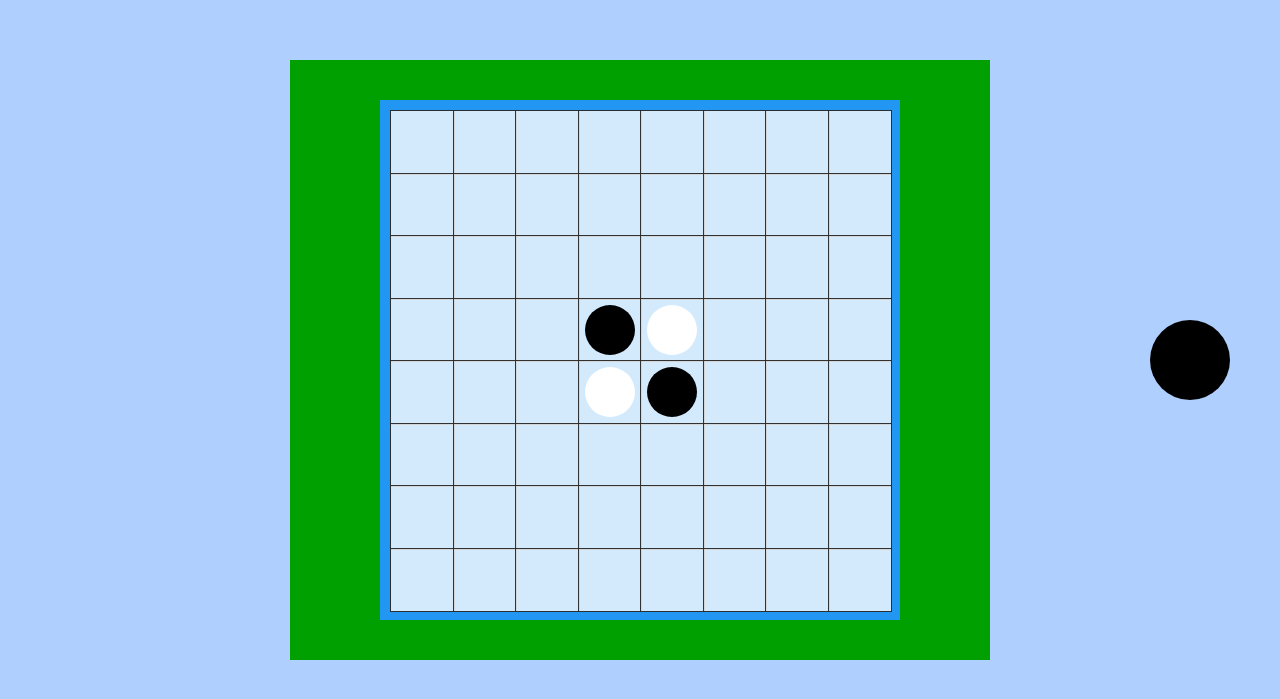
Repository: eliaoucohen72/react-reversi
Page: /
The author's editor kept a copy of each file at every save. The page is drawn from the files as they stood at one save, then again after a run of saves.
The browser window is 1280 px wide. The pictures show the whole page.
The project was rebuilt for these pictures with package versions that can differ from the ones it lists, and the page was loaded fresh each time. Also part of the build but not shown: vite.config.ts.

Above is the page before, as saved 2024-09-05 16:24:37.

After the next 3 saves:
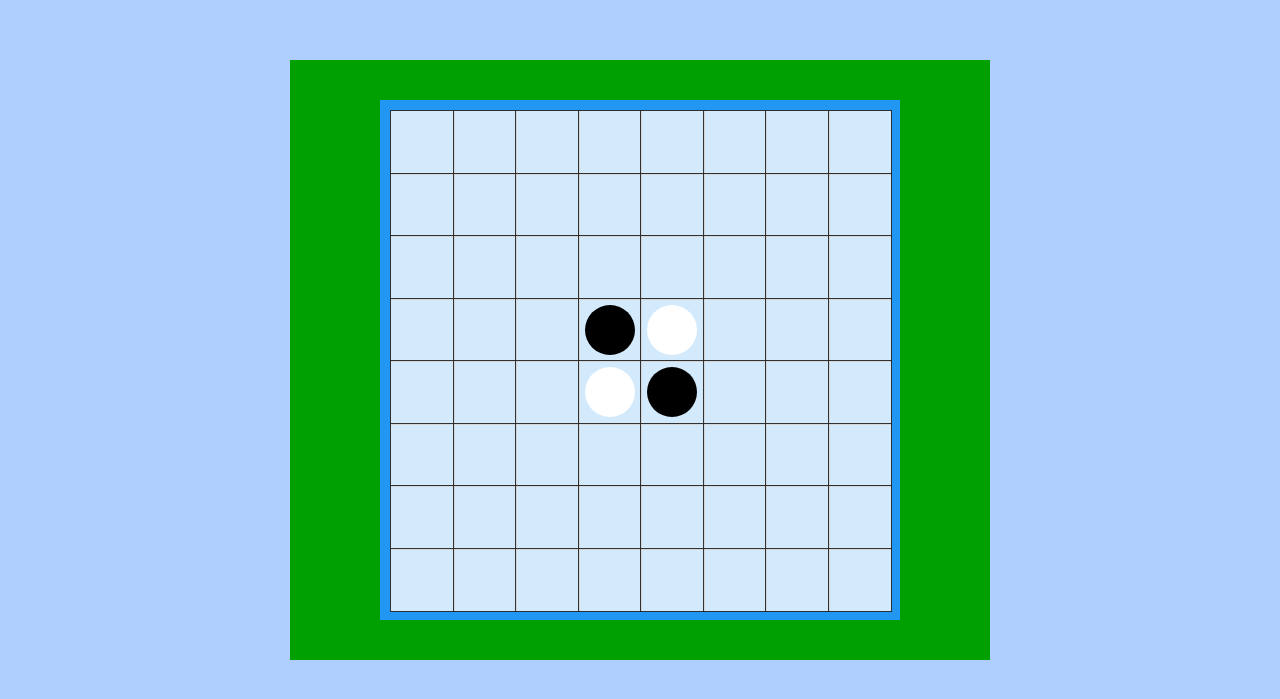
The 3 saves are shown as one change because they came seconds apart.
The last was saved 10 s later.
--- a/src/style.ts
+++ b/src/style.ts
@@ -8,28 +8,16 @@
     position: "relative",
   },
   player: (player: Player) => ({
-      position: "absolute",
-      width: "80px",
-      height: "80px",
-      top: "50%",
-      left: "0%",
-      transform: "translate(0%, -50%)",
-      backgroundColor: player === 'white' ?  "#ffffff" : '',
-      borderRadius: "40px",
-      marginLeft: "50px",
-
-  }),
-  blackPlayer: {
     position: "absolute",
     width: "80px",
     height: "80px",
     top: "50%",
-    right: "0%",
+    left: "0%",
     transform: "translate(0%, -50%)",
-    backgroundColor: "#000000",
+    backgroundColor: player === "white" ? "#ffffff" : "#000000",
     borderRadius: "40px",
-    marginRight: "50px",
-  },
+    marginLeft: "50px",
+  }),
   subWrapper: {
     position: "absolute",
     width: "700px",

After the 2 saves that followed:
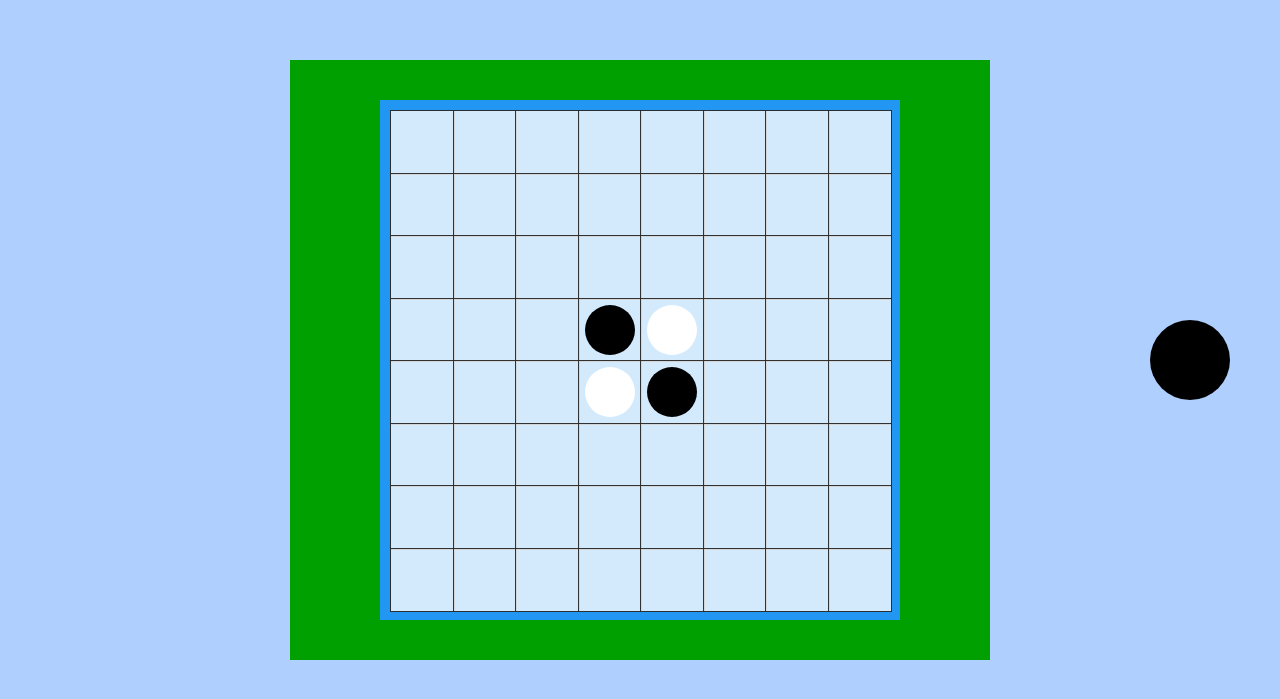
The 2 saves are shown as one change because 1 left the picture as it was.
The last was saved 18 s later.
--- a/src/App.tsx
+++ b/src/App.tsx
@@ -85,7 +85,7 @@ function App() {
 
   return (
     <div style={style.wrapper as CSSProperties}>
-      <div style={style.whitePlayer as CSSProperties} />
+      <div style={style.pla as CSSProperties} />
       <div style={style.blackPlayer as CSSProperties} />
       <div style={style.subWrapper as CSSProperties}>
         <div style={style.gridContainer}>
--- a/src/style.ts
+++ b/src/style.ts
@@ -8,16 +8,28 @@
     position: "relative",
   },
   player: (player: Player) => ({
+      position: "absolute",
+      width: "80px",
+      height: "80px",
+      top: "50%",
+      left: "0%",
+      transform: "translate(0%, -50%)",
+      backgroundColor: player === 'white' ?  "#ffffff" : '#000000',
+      borderRadius: "40px",
+      marginLeft: "50px",
+
+  }),
+  blackPlayer: {
     position: "absolute",
     width: "80px",
     height: "80px",
     top: "50%",
-    left: "0%",
+    right: "0%",
     transform: "translate(0%, -50%)",
-    backgroundColor: player === "white" ? "#ffffff" : "#000000",
+    backgroundColor: "#000000",
     borderRadius: "40px",
-    marginLeft: "50px",
-  }),
+    marginRight: "50px",
+  },
   subWrapper: {
     position: "absolute",
     width: "700px",
